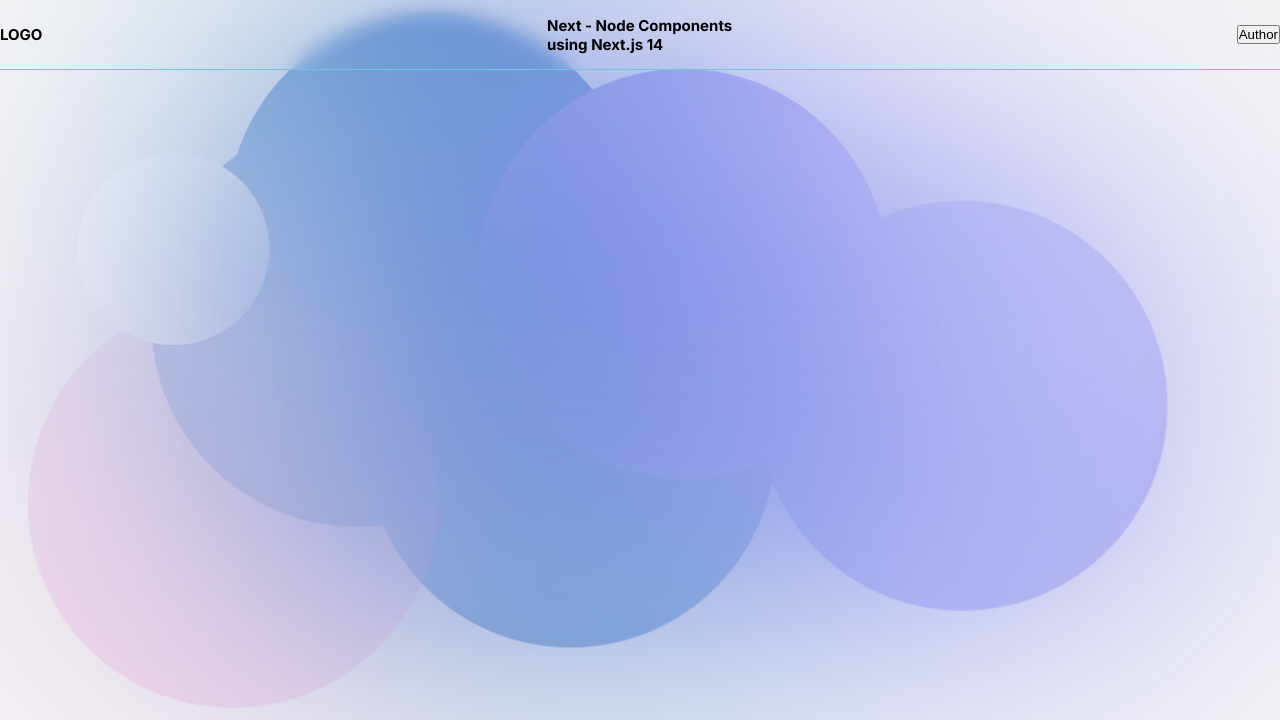
Repository: keval-gohil/komponents
Page: /
The author's editor kept a copy of each file at every save. The page is drawn from the files as they stood at one save, then again after the next save.
The browser window is 1280 px wide. The pictures show the whole page.
The project was rebuilt for these pictures with package versions that can differ from the ones it lists, and the page was loaded fresh each time. The framework's server and built-in components were replaced by stand-ins that run in the browser. Also part of the build but not shown: next.config.mjs.

Above is the page before, as saved 2024-03-07 11:32:03.

### app/layout.js
import { Inter } from "next/font/google";
import "./globals.css";

const inter = Inter({ subsets: ["latin"] });

export const metadata = {
  title: "Komponents | Next-Node",
  description: "Generated by create next app",
};

export default function RootLayout({ children }) {
  return (
    <html lang="en" suppressHydrationWarning={true}>
      <body className={inter.className}>{children}</body>
    </html>
  );
}

### app/page.js
import Background from '@/components/reuse/background'
import Header from '@/components/reuse/header'
import React from 'react'

const page = () => {
  return (
    <>
      <Background />
      <Header />
    </>
  )
}

export default page

### app/globals.css

*,
*:before,
*:after {
	padding: 0;
	margin: 0;
	box-sizing: border-box;
	-webkit-tap-highlight-color: transparent;
}

html {
	scroll-behavior: smooth;
	font-size: 10px;
}

body {
	width: 100%;
	height: 100%;
	overflow-x: hidden;
	background-color: whitesmoke;
}

.bouncing-blob {
	width: 32vw;
	aspect-ratio: 1;
	border-radius: 50%;
	will-change: transform;
	position: absolute;
	z-index: 1;
	top: 0;
	left: 0;
	transform-origin: left top;
  }

  .bouncing-blob--blue {
	background: #4783c7;
  }

  .bouncing-blob--white {
	background: #ffffff;
	z-index: 2;
	width: 15vw;
  }

  .bouncing-blob--purple {
	background: #8c8ff1;
  }

  .bouncing-blob--pink {
	background: #e289cd50;
  }

  .bouncing-blobs-container {
	position: fixed;
	z-index: -1;
	top: 0;
	left: 0;
	width: 100%;
	height: 100%;
  }

  .bouncing-blobs-glass {
	position: absolute;
	z-index: 2;
	top: 0;
	left: 0;
	width: 100%;
	height: 100%;
	backdrop-filter: blur(140px);
	-webkit-backdrop-filter: blur(140px);
	pointer-events: none;
  }

  .bouncing-blobs {
	position: absolute;
	z-index: 1;
	top: 0;
	left: 0;
	width: 100%;
	height: 100%;
  }

  .main-content {
	display: flex;
	flex-direction: column;
	justify-content: center;
	align-items: center;
	width: 100%;
  }




  @media (max-width: 1200px) {
	.bouncing-blobs-glass {
	  backdrop-filter: blur(120px);
	  -webkit-backdrop-filter: blur(120px);
	}
  }

  @media (max-width: 500px) {
	.bouncing-blob {
	  width: 60vw;
	}
	.bouncing-blob--white {
	  width: 30vw;
	}
	.bouncing-blobs-glass {
	  backdrop-filter: blur(90px);
	  -webkit-backdrop-filter: blur(90px);
	}

  }

### components/reuse/background.js
'use client'
import React, { useEffect } from 'react';

const MIN_SPEED = 1.5;
const MAX_SPEED = 2.5;

function randomNumber(min, max) {
  return Math.random() * (max - min) + min;
}

class Blob {
  constructor(el) {
    this.el = el;
    const boundingRect = this.el.getBoundingClientRect();
    this.size = boundingRect.width;
    this.initialX = randomNumber(0, window.innerWidth - this.size);
    this.initialY = randomNumber(0, window.innerHeight - this.size);
    this.el.style.top = `${this.initialY}px`;
    this.el.style.left = `${this.initialX}px`;
    this.vx =
      randomNumber(MIN_SPEED, MAX_SPEED) * (Math.random() > 0.5 ? 1 : -1);
    this.vy =
      randomNumber(MIN_SPEED, MAX_SPEED) * (Math.random() > 0.5 ? 1 : -1);
    this.x = this.initialX;
    this.y = this.initialY;
  }

  update() {
    this.x += this.vx;
    this.y += this.vy;
    if (this.x >= window.innerWidth - this.size) {
      this.x = window.innerWidth - this.size;
      this.vx *= -1;
    }
    if (this.y >= window.innerHeight - this.size) {
      this.y = window.innerHeight - this.size;
      this.vy *= -1;
    }
    if (this.x <= 0) {
      this.x = 0;
      this.vx *= -1;
    }
    if (this.y <= 0) {
      this.y = 0;
      this.vy *= -1;
    }
  }

  move() {
    this.el.style.transform = `translate(${this.x - this.initialX}px, ${
      this.y - this.initialY
    }px)`;
  }
}

function Background() {
  useEffect(() => {
    const blobEls = document.querySelectorAll('.bouncing-blob');
    const blobs = Array.from(blobEls).map((blobEl) => new Blob(blobEl));

    function update() {
      requestAnimationFrame(update);
      blobs.forEach((blob) => {
        blob.update();
        blob.move();
      });
    }

    requestAnimationFrame(update);

    return () => cancelAnimationFrame(update);
  }, []);

  return (
    <div className="bouncing-blobs-container">
      <div className="bouncing-blobs-glass"></div>
      <div className="bouncing-blobs">
        <div className="bouncing-blob bouncing-blob--blue"></div>
        <div className="bouncing-blob bouncing-blob--blue"></div>
        <div className="bouncing-blob bouncing-blob--blue"></div>
        <div className="bouncing-blob bouncing-blob--white"></div>
        <div className="bouncing-blob bouncing-blob--purple"></div>
        <div className="bouncing-blob bouncing-blob--purple"></div>
        <div className="bouncing-blob bouncing-blob--pink"></div>
      </div>
    </div>
  );
}

export default Background;

### components/reuse/header.js
import React from 'react'
import Style from '@/components/reuse/styles/style.css'

const Header = () => {
  return (
    <>
        <nav>
            <h1>LOGO</h1>
            <h2>
                Next - Node Components
                <br />
                <span>using Next.js 14</span>
            </h2>
            <button>Author</button>
        </nav>
    </>
  )
}

export default Header

### components/reuse/styles/style.css
nav {
    display: flex;
    justify-content: space-between;
    align-items: center;
    height: 7rem;
    background: transparent;
    backdrop-filter: blur(10px);
    border-bottom: 0.1rem solid #6dc8dd;
}

After the next save:
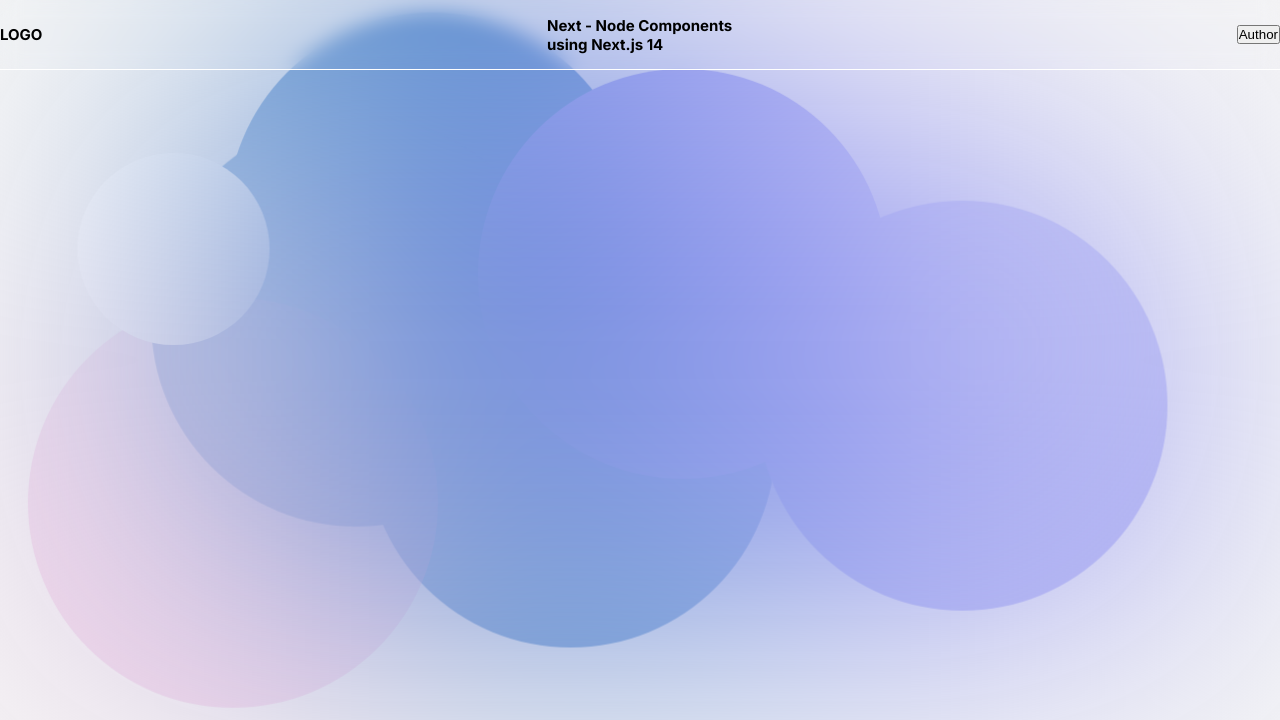
Saved 11 s later.
--- a/components/reuse/styles/style.css
+++ b/components/reuse/styles/style.css
@@ -5,5 +5,5 @@
     height: 7rem;
     background: transparent;
     backdrop-filter: blur(10px);
-    border-bottom: 0.1rem solid #6dc8dd;
+    border-bottom: 0.1rem solid #ffffff;
 }
